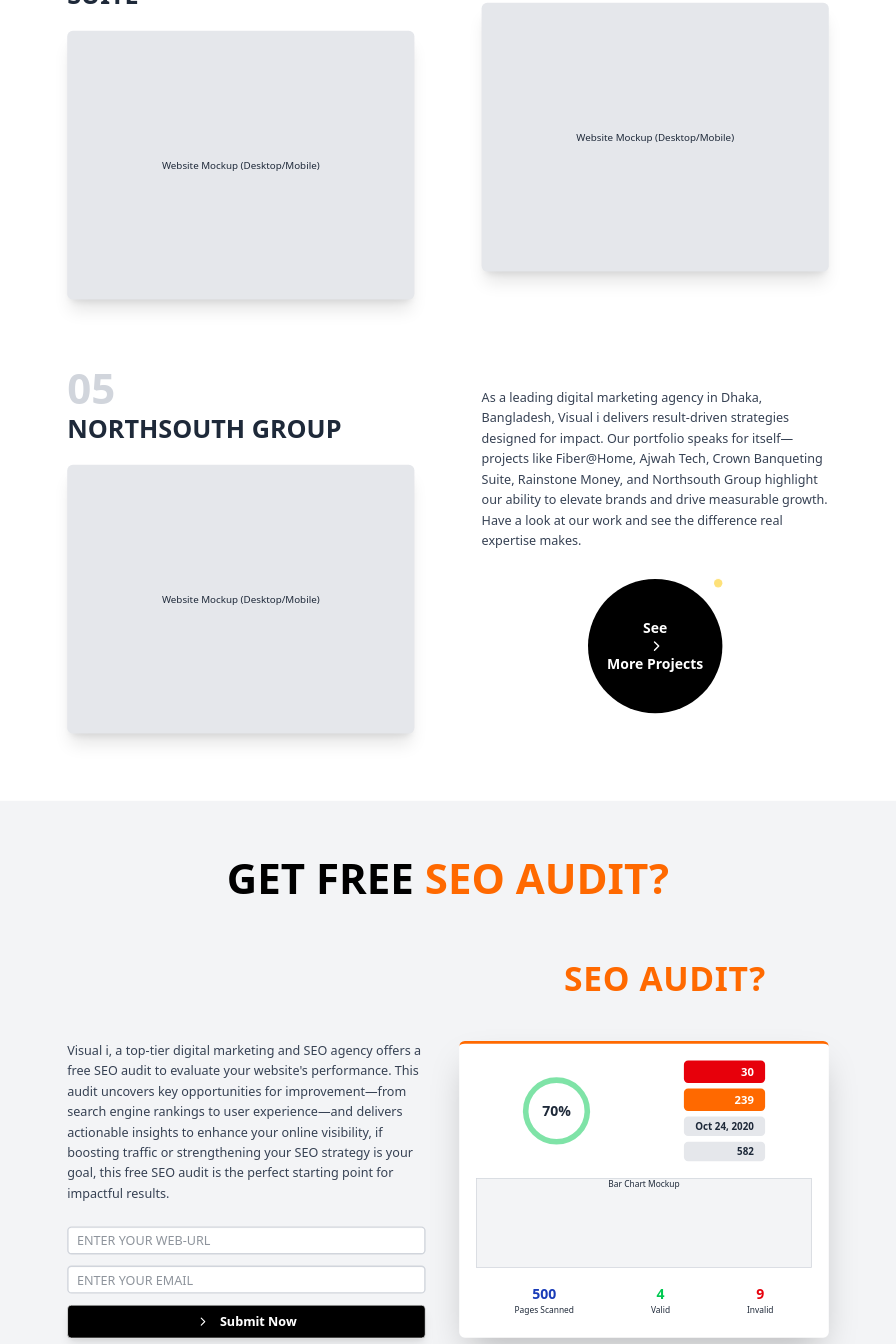
Repository: mdmuhibullahhabib/weboria
Page: /
An editor plug-in stored every save of this project. The page is shown before and after the next save, followed by the edit.
The browser window is 1280 px wide. The pictures show the part of the page from y = 4580 to 6500 px (the page is 9359 px tall before and 9407 px after), at 70% of full size.
The project was rebuilt for these pictures with package versions that can differ from the ones it lists, and the page was loaded fresh each time. Some packages were replaced by stand-ins written for this rebuild. The framework's server and built-in components were replaced by stand-ins that run in the browser. Also part of the build but not shown: next.config.mjs.

Above is the page before, as saved 2025-10-03 01:27:40.

After the next save:
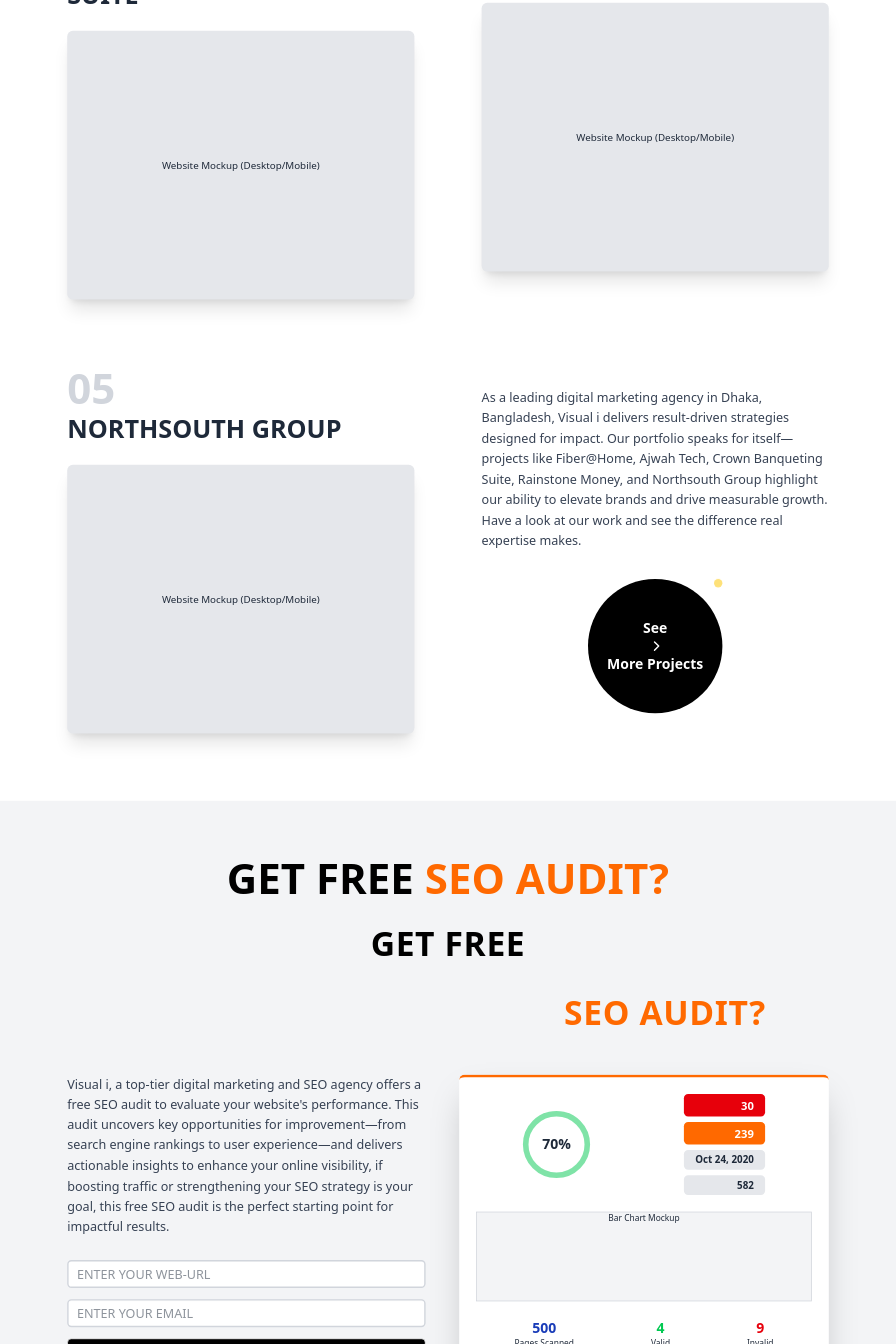
Saved 13 s later.
--- a/src/components/SectionTitle.jsx
+++ b/src/components/SectionTitle.jsx
@@ -5,7 +5,7 @@ export default function SectionTitle({ titleTop, titleBottom }) {
     <div className="text-center my-10 px-4">
       <div className="text-5xl md:text-3xl lg:text-4xl font-bold tracking-wide leading-snug">
         {/* <span className="text-blue-600">{titleTop}</span> */}
-        <h2 className="text-5xl font-semibold text-black text-center"></h2>
+        <h2 className="text-5xl font-semibold text-black text-center">{titleTop}</h2>
         <br />
         <h2 className='text-orange-500 text-5xl ml-[620px]'> {titleBottom}</h2>
       </div>
